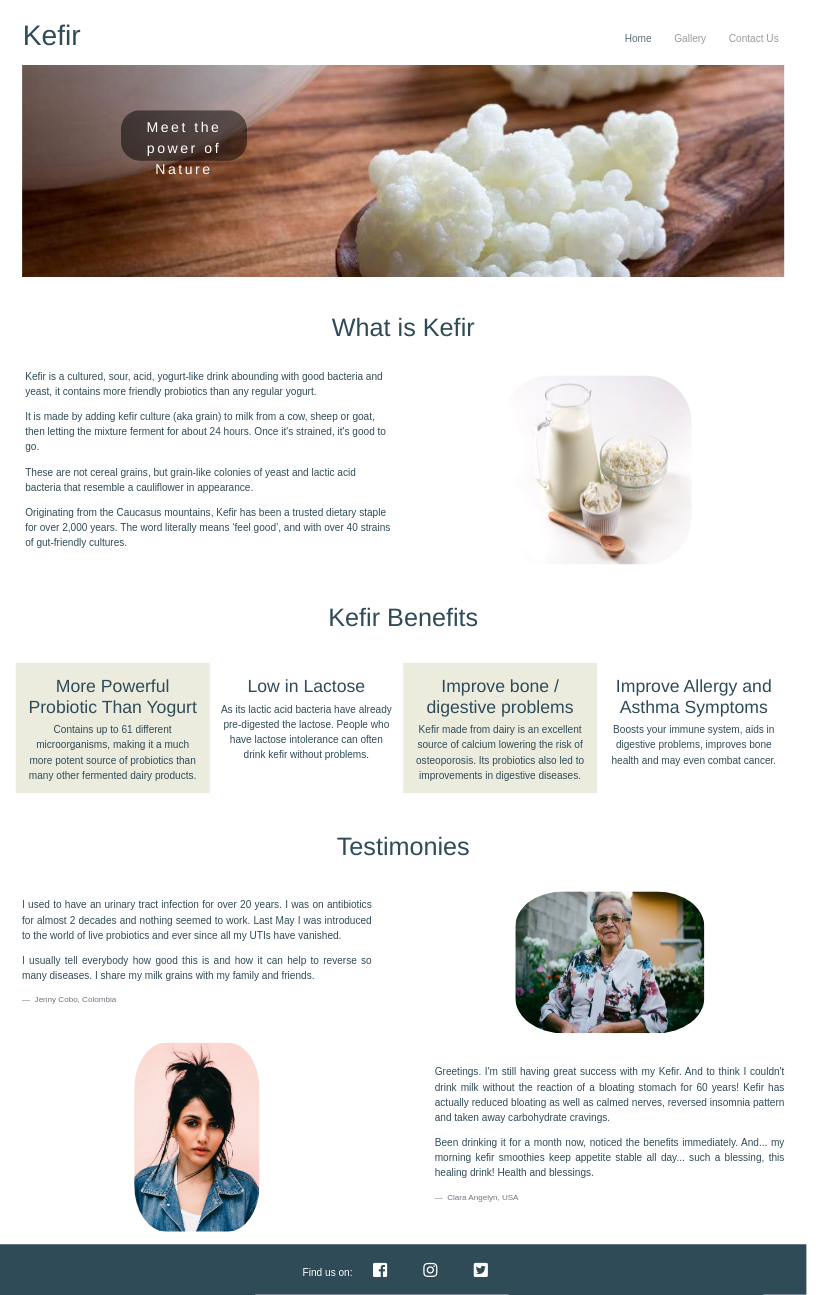
Repository: Code-Institute-Submissions/andna5980-kefir-repo_JuneResub
Page: index.html
The author's editor kept a copy of each file at every save. The page is drawn from the files as they stood at one save, then again after the next save.
The browser window is 1280 px wide. The page is 1295 px wide, so the pictures cover 1295 px, including what lies to the right of the window. The pictures show the whole page, at 63% of full size.
Some web fonts or font styles are not loaded; a fallback is used. Some web libraries are served in a nearby version.

Above is the page before, as saved 2021-05-25 12:13:10.

### index.html
<!DOCTYPE html>
<html lang="en-US">

<head>
  <meta charset="UTF-8">
  <meta name="viewport" content="width=device-width, initial-scale=1.0">
  <meta name="author" content="Andres Navarrete">
  <meta name="description"
    content="Kefir, meet the power of nature. Bring the right knowledge and the best recipes from mother nature">
  <meta name="keywords" content="Kefir, recipes, natural-products, home-made, organic, healthy">
  <title>KEFIR | MEET THE POWER OF NATURE</title>
  <link rel="stylesheet" href="https://cdn.jsdelivr.net/npm/bootstrap@4.5.3/dist/css/bootstrap.min.css"
    integrity="sha384-TX8t27EcRE3e/ihU7zmQxVncDAy5uIKz4rEkgIXeMed4M0jlfIDPvg6uqKI2xXr2" crossorigin="anonymous">
  <link rel="stylesheet" href="https://use.fontawesome.com/releases/v5.6.3/css/all.css"
    integrity="sha384-UHRtZLI+pbxtHCWp1t77Bi1L4ZtiqrqD80Kn4Z8NTSRyMA2Fd33n5dQ8lWUE00s/" crossorigin="anonymous">
  <link href="./assets/styles/style.css" rel="stylesheet">
</head>

<body>
  <!-- Main Header -->
  <header>
    <nav class="navbar navbar-expand-md navbar-light fixed-top navbar-bg">
      <a class="navbar-brand" href="index.html">Kefir</a>
      <button class="navbar-toggler" type="button" data-toggle="collapse" data-target="#navbarNav"
        aria-controls="navbarNav" aria-expanded="false" aria-label="Toggle navigation">
        <span class="navbar-toggler-icon"></span>
      </button>
      <div class="collapse navbar-collapse menu-items" id="navbarNav" style="opacity: 0.8;">
        <ul class="navbar-nav">
          <li class="nav-item active">
            <a class="nav-link" href="#">Home <span class="sr-only">(current)</span></a>
          </li>
          <li class="nav-item">
            <a class="nav-link" href="gallery.html">Gallery</a>
          </li>
          <li class="nav-item">
            <a class="nav-link" href="contact.html">Contact Us</a>
          </li>
        </ul>
      </div>
    </nav>
  </header>

  <!-- Hero Image -->

  <div class=" container-hero">
    <div class="hero-image col-12"></div>
    <div class="cover-text">
      <p> Meet the power of Nature</p>
    </div>
  </div>


  <!-- What is kefir -->

  <section>
    <div class="row">
      <div class="welcome-text col-12">
        <h1>What is Kefir</h1>
      </div>
    </div>

    <div class="kefir-description row">
      <div class="col-12 col-sm-6 ">
        <p>Kefir is a cultured, sour, acid, yogurt-like drink abounding with good bacteria and yeast, it contains
          more friendly probiotics than any regular yogurt.</p>
        <p>It is made by adding kefir culture (aka grain) to milk from a cow, sheep or goat, then letting the
          mixture ferment for about 24 hours. Once it's strained, it's good to go.</p>
        <p>These are not cereal grains, but grain-like colonies of yeast and lactic acid bacteria that resemble a
          cauliflower in appearance.</p>
        <p>Originating from the Caucasus mountains, Kefir has been a trusted dietary staple for over 2,000 years.
          The word literally means ‘feel good’, and with over 40 strains of gut-friendly cultures.</p>
      </div>

      <div class="col-12 col-sm-6 ">
        <div class="kefir-description-image">
          <img src="./assets/images/milk-products-dairy.jpg" alt="diferent kefir derivates" height="300" width="300">
        </div>
      </div>
    </div>

  </section>


  <!-- Kefir benefits -->

  <section class="benefits-title">
    <div class="row ">
      <div class="  col-12">
        <h1>Kefir Benefits</h1>
      </div>
    </div>

    <div class="row benefits-row">
      <div class="benefits-box1 col-12 col-sm-6 col-md-3">
        <h3>More Powerful Probiotic Than Yogurt</h3>
        <p>Contains up to 61 different microorganisms, making it a much
          more potent source of probiotics than many other fermented dairy products.
        </p>
      </div>
      <div class=" benefits-box col-12 col-sm-6 col-md-3">
        <h3>Low in Lactose </h3>
        <p>As its lactic
          acid bacteria have already pre-digested the lactose. People who have lactose
          intolerance can often drink kefir without problems.
        </p>
      </div>
      <div class=" benefits-box1 col-12 col-sm-6 col-md-3">
        <h3>Improve bone / digestive problems </h3>
        <p>Kefir made from dairy is an excellent source of calcium lowering the risk of osteoporosis. Its probiotics
          also led to improvements in digestive diseases.
        </p>
      </div>
      <div class="benefits-box col-12 col-sm-6 col-md-3">
        <h3>Improve Allergy and Asthma Symptoms</h3>
        <p>Boosts your immune system, aids in digestive problems, improves bone health and may even combat cancer.
        </p>
      </div>
    </div>
  </section>

  <!-- Testimonies -->

  <section class="testimonies-title">
    <div class="row">
      <div class=" col-12">
        <h1>Testimonies</h1>
      </div>
    </div>

    <div class=" row">
      <div class=" testimony-box col-12 col-sm-6">
        <p>I used to have an urinary tract infection for over 20 years. I was on antibiotics for almost 2 decades and
          nothing seemed to work. Last May I was introduced to the world of live probiotics and ever since all my
          UTIs have vanished.</p>
        <p>I usually tell everybody how good this is and how it can help to reverse so many diseases. I share my
          milk grains with my family and friends.</p>
        <figcaption class="blockquote-footer">
          Jenny Cobo, Colombia
        </figcaption>
      </div>

      <div class="col-12 col-sm-6">
        <div class="testimony-image1">
          <img src="./assets/images/damir-bosnjak-VQ2L7t5qt_8-unsplash-min.jpg" alt="old womanin a chair" height="225"
            width="300">
        </div>
      </div>
    </div>

    <div class=" row flex-column-reverse flex-sm-row ">
      <div class="testimony-image2 col-12 col-sm-6 col.order-1.order-xs-2">
        <img src="./assets/images/matheus-ferrero-W7b3eDUb_2I-unsplash.jpg" alt="young woman face" height="300">
      </div>

      <div class="testimony-box col-12 col-sm-6 ">
        <p>Greetings. I'm still having great success with my Kefir. And to think I couldn't drink milk without the
          reaction of a bloating stomach for 60 years! Kefir has actually reduced bloating as well as calmed
          nerves, reversed insomnia pattern and taken away carbohydrate cravings.</p>
        <p> Been drinking it for a month now, noticed the benefits immediately. And... my morning kefir smoothies
          keep appetite stable all day... such a blessing, this healing drink! Health and blessings.</p>
        <figcaption class="blockquote-footer">
          Clara Angelyn, USA
        </figcaption>
      </div>

    </div>
  </section>


  <footer>
    <div class="social-networks">
      <span>Find us on:</span>
      <a href="http://facebook.com" target="_blank"><i class="fab fa-facebook-square"></i></a>

      <a href="http://instagram.com" target="_blank"><i class="fab fa-instagram"></i></a>

      <a href="http://twitter.com" target="_blank"><i class="fab fa-twitter-square"></i></a>
    </div>
  </footer>

  <script src="https://code.jquery.com/jquery-3.2.1.slim.min.js"
    integrity="sha384-KJ3o2DKtIkvYIK3UENzmM7KCkRr/rE9/Qpg6aAZGJwFDMVNA/GpGFF93hXpG5KkN"
    crossorigin="anonymous"></script>
  <script src="https://cdnjs.cloudflare.com/ajax/libs/popper.js/1.12.9/umd/popper.min.js"
    integrity="sha384-ApNbgh9B+Y1QKtv3Rn7W3mgPxhU9K/ScQsAP7hUibX39j7fakFPskvXusvfa0b4Q"
    crossorigin="anonymous"></script>
  <script src="https://maxcdn.bootstrapcdn.com/bootstrap/4.0.0/js/bootstrap.min.js"
    integrity="sha384-JZR6Spejh4U02d8jOt6vLEHfe/JQGiRRSQQxSfFWpi1MquVdAyjUar5+76PVCmYl"
    crossorigin="anonymous"></script>


</body>

</html>

### assets/styles/style.css
@import url('https://fonts.googleapis.com/css2?family=Amatic+SC&family=Caveat+Brush&display=swap');
body {
    font-family: Arial, Helvetica, sans-serif;
    color: #2F4B58;
    max-width: 2000px;
}

h1,h2,h3 {
    font-family: Caveat Brush, Helvetica, sans-serif;
    color: #2F4B58;
}


/*-----------------------Header ----------*/

.navbar-brand {
    font-family: Caveat Brush, Helvetica, sans-serif;
    font-size: 280%;
    margin-left: 20px;
    margin-top: 10px;
}

.navbar-light .navbar-brand {
    color: #2F4B58;
}

.navbar-light .navbar-nav .active>.nav-link, .navbar-light .navbar-nav .nav-link.active, .navbar-light .navbar-nav .nav-link.show, .navbar-light .navbar-nav .show>.nav-link {
    color: #2f4b58;
}

.fixed-top{
    position: fixed;
    z-index: 5;
}

.navbar-bg{
    background: white;
}


.menu-items{
    justify-content: flex-end;
}

.navbar-nav li a {
    margin-top: 20px;
    color: #2F4B58;
    text-align: right;
    margin-right: 20px;
}

.navbar-nav li a {
    margin-top: 20px;
    color: #2F4B58;
}

.navbar-toggler {
    border: 2px solid #2F4B58;
    color: #2F4B58;
}


/*-----------------------Hero-Image ----------*/

.container-hero {
    height: 400px;
    overflow: hidden;
    margin-top: 40px;
}

.hero-image {
    height: 400px;
    width: 140%;
    background: url(../images/milk-kefir-grains-spoon_1024x1024.jpg) no-repeat center;
    animation-name: hero-zoom;
    animation-duration: 4s;
    animation-fill-mode: forwards;
}


.cover-text p {
    color: white;
    font-size: 140%;
    letter-spacing: 4px;
    text-align: center;
    width: 200px;
    height: 80px;
    padding-top: 10px;
    background-color: rgba(0, 0, 0, .5);
    border-radius: 30px;
    top: 175px;
    left: 15%;
    position: absolute;
    font-family: Caveat Brush, Helvetica, sans-serif;
}

/*------Animation of the Hero image-------*/

@keyframes hero-zoom {
    from {
        transform: scale(1);
    }
    to {
        transform: scale(1.2);
    }
}

/*-----------------------What-is-kefir-are----------*/

.welcome-text {
    text-align: center;
    margin: 25px 0;
    padding-top: 30px;
}

.kefir-description {
    padding: 10px 40px 40px 40px;
}

.kefir-description-image {
    padding-top: 10px;
    text-align: center;
}

/*-----------------------Kefir-Benefits-Area----------*/

.recipes-section{
    margin-top: 100px;
}

.benefits-title {
    text-align: center;
    margin: 20px 0;
}

.benefits-row {
    padding: 40px;
    color: #2F4B58;
}

.benefits-box {
    padding-top: 20px;
}

.benefits-box1 {
    background-color: #ECECDE;
    padding-top: 20px;
}

/*-----------------------Testimonies----------*/

.testimonies-title {
    text-align: center;
    margin: 25px 0;
    margin-top: 10px;
    margin-bottom: 20px;
}

.testimony-image1 {
    padding-top: 40px;
    display: flex;
    justify-content: center;
}

.testimony-image2 {
    padding-top: 15px;
    display: flex;
    justify-content: center;
}

.testimony-box {
    padding: 50px 50px 20px 50px;
    text-align: justify;
}

img {
    border-radius: 25%;
}

/*-----------------------Recipes-Page----------*/

.recipes-title {
    text-align: center;
    margin-top: 10px;
}

.recipes-images {
    margin-top: 30px;
    margin-bottom: 30px;
}

.recipes-images .col-6 {
    padding-right: 1px ;
    padding-left: 1px;
}

.picture-box {
    padding-top: 10px;
    display: flex;
    justify-content: center;
}

/*-----------------------Contact-Page----------*/

.form-section {
    clear: right;
    background: url(../images/milk-products-dairy-wood-table.jpg) no-repeat center;
    opacity: 0.9;
    background-size: cover;
    background-position: right;
    height: 750px;
    border-radius: 3%;
    margin-top: 105px;
}

.contact-form {
    margin-top: 100px;
    color: white;
    background-color: rgba(0, 0, 0, 0.7);
    max-width: 320px;
    position: absolute;
    left: 10%;
    padding: 20px;
    border-radius: 25px;
}

.contact-form>h2 {
    margin-bottom: 15px;
    font-size: xx-large;
    color: white;
}

.text-input {
    background: white;
    color: black;
    width: 100%;
    height: 30px;
    margin: 5px 0 20px 0;
    border: 1px solid black;
    border-radius: 3px;
}

.button {
    margin-top: 20px;
    border-radius: 10px;
    padding: 15px 32px 15px 32px;
    text-align: center;
    font-size: 100%;
    background-color: white;
    color: black;
    display: block;
}

.button:hover {
    background-color: black;
    color: white;
}

/*-----------------------Footer----------*/

footer {
    height: 80px;
    width: 100%;
    background-color: #2F4B58;
    overflow: hidden;
    margin-top: 10px;
}

.social-networks {
    text-align: center;
}

.social-networks a {
    color: white;
    display: inline-block;
    margin: 1px;
    padding: 2%;
    transition: all 0.35s ease-in-out;
    -moz-transition: all 0.35s ease-in-out;
    -webkit-transition: all 0.35s ease-in-out;
    -o-transition: all 0.35s ease-in-out;
}

.social-networks a i:hover {
    color: black;
}

.social-networks i {
    font-size: 160%;
    margin: 1%;
    padding: 5%;
    color: white;
}

.social-networks span {
    color: white;
}

After the next save:
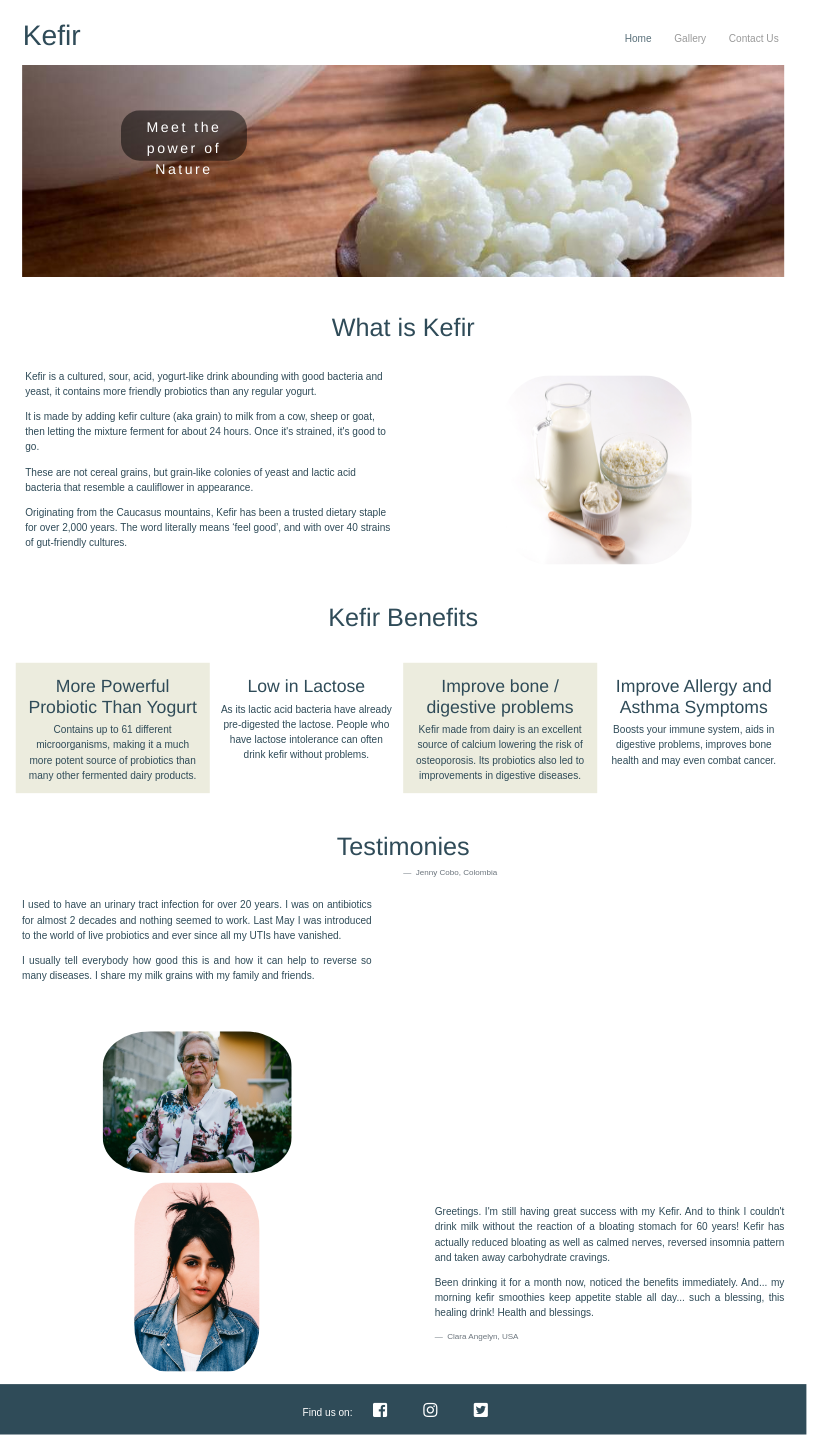
Saved 7 days later.
--- a/index.html
+++ b/index.html
@@ -135,10 +135,11 @@
           UTIs have vanished.</p>
         <p>I usually tell everybody how good this is and how it can help to reverse so many diseases. I share my
           milk grains with my family and friends.</p>
-        <figcaption class="blockquote-footer">
+      </div>
+          <figcaption class="blockquote-footer">
           Jenny Cobo, Colombia
         </figcaption>
-      </div>
+
 
       <div class="col-12 col-sm-6">
         <div class="testimony-image1">

After the save that followed:
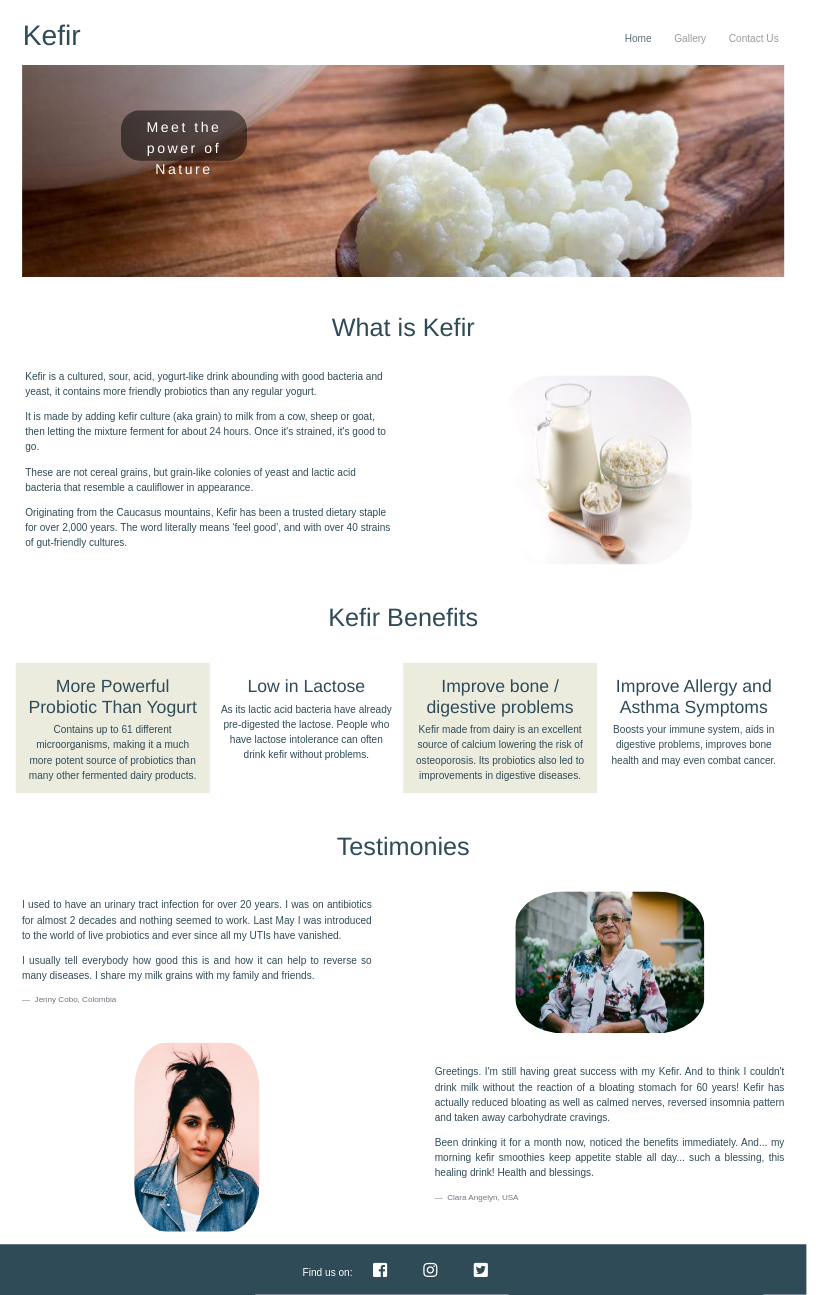
Saved 37 s later.
--- a/index.html
+++ b/index.html
@@ -135,11 +135,11 @@
           UTIs have vanished.</p>
         <p>I usually tell everybody how good this is and how it can help to reverse so many diseases. I share my
           milk grains with my family and friends.</p>
-      </div>
-          <figcaption class="blockquote-footer">
+
+        <figcaption class="blockquote-footer">
           Jenny Cobo, Colombia
         </figcaption>
-
+      </div>
 
       <div class="col-12 col-sm-6">
         <div class="testimony-image1">
